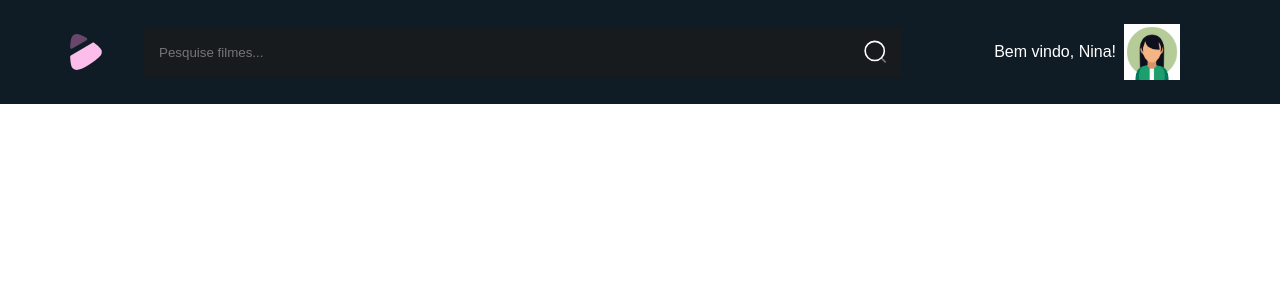
Repository: MilenaMelo/Cubos-Flix
Page: / (app in cubos-flix/)
An editor plug-in stored every save of this project. The page is shown before and after the next save, followed by the edit.
The browser window is 1280 px wide. The pictures show the whole page.
The project was rebuilt for these pictures with package versions that can differ from the ones it lists, and the page was loaded fresh each time.

Above is the page before, as saved 2021-06-19 13:30:31.

After the next save:
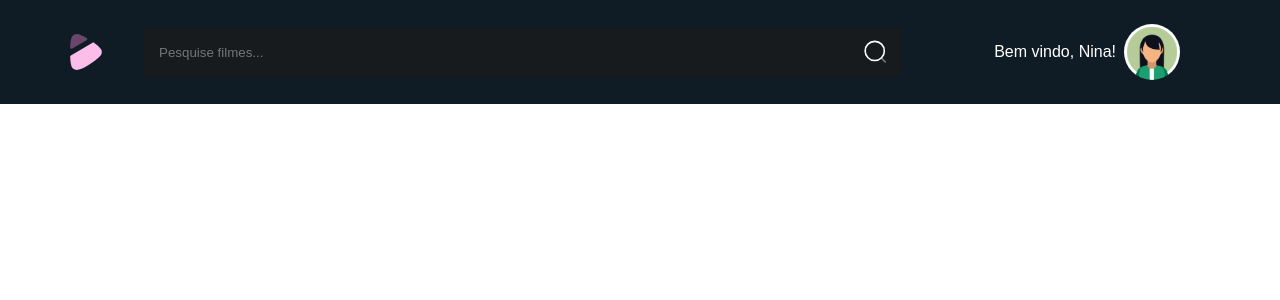
Saved 57 s later.
--- a/cubos-flix/src/components/Navbar/style.css
+++ b/cubos-flix/src/components/Navbar/style.css
@@ -42,9 +42,10 @@
     align-items: center;
     grid-gap: 8px;
     gap: 8px;
-    border-radius: 50%;
 }
 
 .profile-img {
     height: 56px;
+    border-radius: 50%;
+
 }
